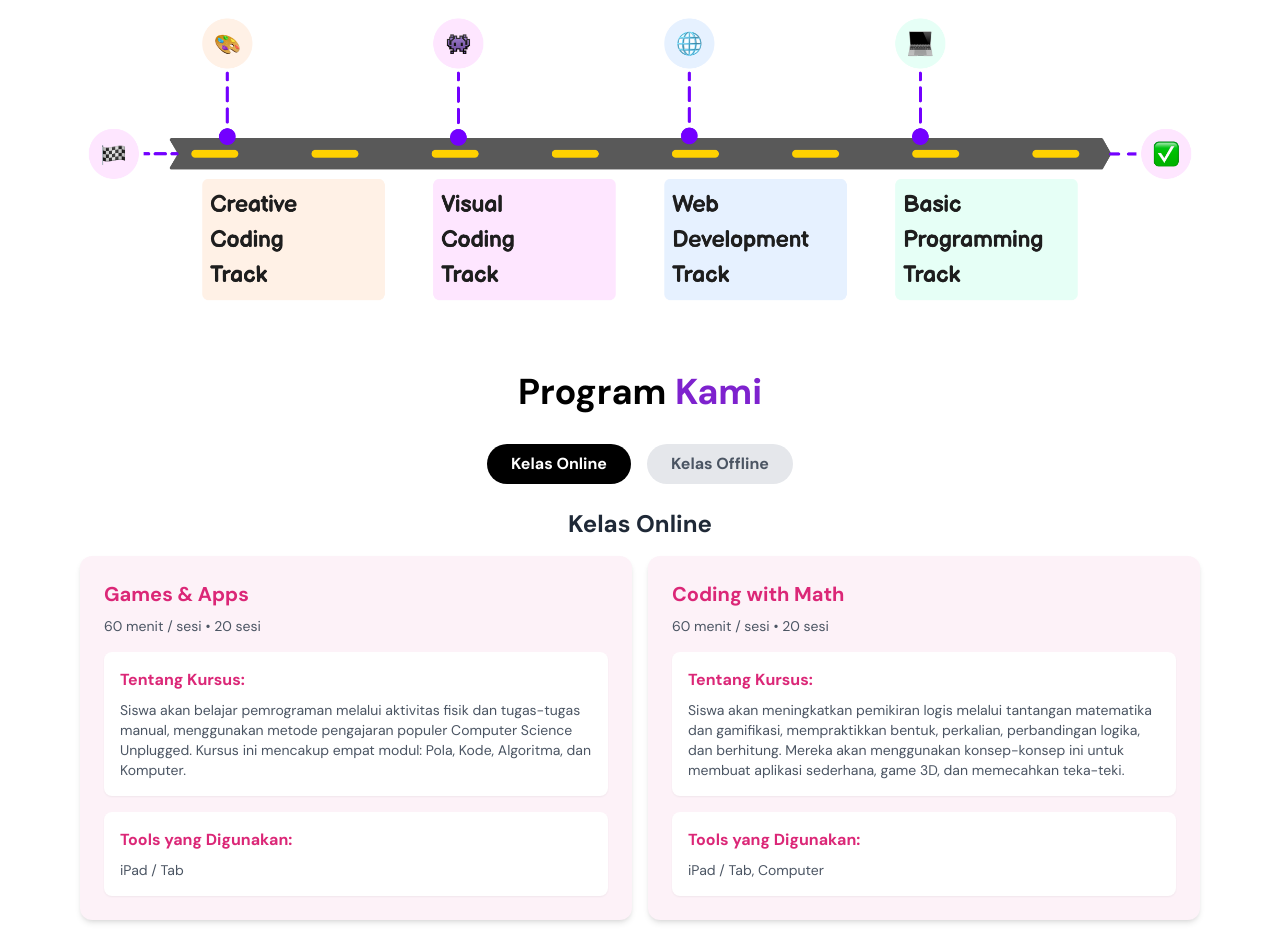
Repository: paskasiregar/ttccomweb
Page: /track/basic-programming
These files come from the project's save history. The page is drawn as it stood at one moment and after the next save; the edit follows.
The browser window is 1280 px wide. The pictures show the part of the page from y = 1743 to 2695 px (the page is 2695 px tall).
The project was rebuilt for these pictures with package versions that can differ from the ones it lists, and the page was loaded fresh each time. The framework's server and built-in components were replaced by stand-ins that run in the browser. Also part of the build but not shown: next.config.js, next.config.mjs.

Above is the page before, as saved 2024-11-16 23:20:39.

### src/app/layout.js
import "./globals.css";
import { DM_Sans } from "next/font/google";

const dmSans = DM_Sans({
  subsets: ["latin"],
  weight: ["400", "500", "700"], // Include only the weights you need
  variable: "--font-dm-sans", // Optional: CSS variable for global use
});

export const metadata = {
  title: "Tiny Tech Club",
  description: "Small techies, big dreams 🚀",
};

export default function RootLayout({ children }) {
  return (
    <html lang="en" className={dmSans.variable}>
      <body className="antialiased">{children}</body>
    </html>
  );
}

### src/app/template.js
import React from "react";

export default function TrackTemplate({ title, description, children }) {
  return (
    <div>
      {/* Hero Section */}
      <div className="relative h-screen w-full">
        <img
          src="https://images.unsplash.com/photo-1494783367193-149034c05e8f"
          alt="Background"
          className="absolute inset-0 w-full h-full object-cover filter blur-sm"
        />
        <div className="absolute inset-0 bg-black bg-opacity-50"></div>
        <div className="absolute inset-0 flex flex-col items-center justify-center">
          <h1 className="text-4xl text-white font-bold">{title}</h1>
          <p className="text-xl text-white mt-4">{description}</p>
        </div>
      </div>

      {/* Content Section */}
      <div className="max-w-7xl mx-auto px-4 py-8">{children}</div>
    </div>
  );
}

### src/app/track/[track]/page.js
"use client";
import { useParams } from "next/navigation";
import TrackTemplate from "../[track]";
import Image from "next/image";
import ljImage from "@/assets/lj.png";
import ProgramTabs from "@/components/programTabs";

export default function TrackPage() {
  const { track } = useParams();

  const trackDetails = {
    "creative-coding": {
      title: "Creative Coding Track",
      description:
        "Kenalkan coding ke anak-anak dengan aktivitas seru dan edukatif. Cocok banget buat usia 4-5 tahun untuk membangun kemampuan berpikir logis.",
      backgroundImage:
        "https://images.unsplash.com/photo-1544717305-2782549b5136", // Replace with a relevant Creative Coding image
    },
    "visual-coding": {
      title: "Visual Coding Track",
      description:
        "Belajar konsep pemrograman visual pakai ScratchJr. Cocok buat anak usia 6-7 tahun untuk bikin cerita dan proyek seru sambil belajar coding dasar.",
      backgroundImage:
        "https://images.unsplash.com/photo-1573164574393-b9b12c3ff9c6", // Replace with a relevant Visual Coding image
    },
    "web-development": {
      title: "Web Development Track",
      description:
        "Pelajari dasar-dasar pengembangan web pakai HTML, CSS, dan JavaScript. Cocok untuk anak usia 8-12 tahun yang mau bikin proyek mini web seru.",
      backgroundImage:
        "https://images.unsplash.com/photo-1522071820081-009f0129c71c", // Replace with a relevant Web Development image
    },
    "basic-programming": {
      title: "Basic Programming Track",
      description:
        "Belajar konsep pemrograman inti pakai Python dan JavaScript. Dirancang untuk usia 13-16 tahun yang pengen bikin aplikasi nyata dan mengasah kemampuan problem-solving.",
      backgroundImage:
        "https://images.unsplash.com/photo-1517433456452-f9633a875f6f", // Replace with a relevant Basic Programming image
    },
    // Add more tracks as needed
  };

  const trackData = trackDetails[track] || {
    title: "Track Tidak Ditemukan",
    description: "Track yang kamu cari nggak ada nih.",
    backgroundImage:
      "https://images.unsplash.com/photo-1506748686214-e9df14d4d9d0", // Default image for not found
  };

  return (
    <div className="mx-auto">
      {/* Back Button */}
      <div className="my-4 px-4 sm:px-8">
        <button
          className="secondary-button"
          onClick={() => (window.location.href = "/")}
        >
          &lt; Kembali
        </button>
      </div>

      {/* Track Template */}
      <section>
        <TrackTemplate
          title={trackData.title}
          description={trackData.description}
          backgroundImage={trackData.backgroundImage}
        />

        {/* Learning Journey Section */}
        <section className="w-full my-8 px-4 sm:px-8 max-w-container py-20">
          <div>
            <div className="flex flex-col md:flex-row items-center md:items-start md:justify-between">
              {/* Title */}
              <div className="max-w-lg md:w-1/2">
                <h1 className="text-6xl md:text-6xl font-bold mb-8">
                  Learning <span className="text-purple-700">Journey</span>
                </h1>
              </div>

              {/* Description */}
              <div className="mt-6 md:mt-0 md:w-1/2 mb-8">
                <p className="text-gray-600 text-base md:text-md">
                  Yuk, mulai perjalanan belajar yang seru dan inspiratif buat
                  anak-anak! Kami hadir untuk membantu anak-anak mengembangkan
                  kreativitas, berpikir logis, dan percaya diri. Dengan berbagai
                  track yang disesuaikan untuk setiap usia, pengalaman belajar
                  jadi menyenangkan dan berkesan.
                </p>
              </div>
            </div>

            {/* Image */}
            <div className="mt-6 md:mt-0 mb-8">
              <Image
                src={ljImage}
                alt="Perjalanan Belajar"
                width={1440} // Adjust width as needed
                height={1000} // Adjust height as needed
                className="rounded-lg"
              />
            </div>
          </div>
        </section>

        {/* Our Program Section */}
        <section className="w-full my-8 px-4 sm:px-8 max-w-container mb-8">
          <h2 className="text-center text-4xl font-bold mb-8">
            Program <span className="text-purple-700">Kami</span>
          </h2>
          <ProgramTabs />
        </section>
      </section>
    </div>
  );
}

### src/app/globals.css
@tailwind base;
@tailwind components;
@tailwind utilities;

@import url('https://fonts.googleapis.com/css2?family=DM+Sans:wght@400;500;700&display=swap');

:root {
  --font-dm-sans: "DM Sans", sans-serif;
}

@font-face {
  font-family: 'DM Sans';
  src: url('/fonts/DM-Sans.woff2') format('woff2'),
    url('/fonts/DM-Sans.woff') format('woff');
  font-weight: 400;
  font-style: normal;
}

body {
  font-family: 'DM Sans', sans-serif;
}

.dm-sans-custom {
  font-family: "DM Sans", sans-serif;
  font-optical-sizing: auto;
  font-weight: 400;
  font-style: normal;
}

body {
  font-family: 'DM Sans', Arial, Helvetica, sans-serif;
  margin: 0;
  padding: 0;
  box-sizing: border-box;
}

*,
*::before,
*::after {
  box-sizing: inherit;
}

/* Container class for centering content */
.max-w-container {
  max-width: 1440px;
  margin: 0 auto;
  padding: 0 16px;
  /* Optional padding for spacing on smaller screens */
}

### src/app/track/[track].js
import React from "react";

export default function TrackTemplate({ title, description, children }) {
  return (
    <div>
      {/* Hero Section */}
      <div className="relative h-screen w-full">
        <img
          src="https://images.unsplash.com/photo-1494783367193-149034c05e8f"
          alt="Background"
          className="absolute inset-0 w-full h-full object-cover filter blur-sm"
        />
        <div className="absolute inset-0 bg-black bg-opacity-50"></div>
        <div className="absolute inset-0 flex flex-col items-center justify-center">
          <h1 className="text-6xl text-white font-bold p-8">{title}</h1>
          <p className="text-xl text-white mt-4 p-8">{description}</p>
        </div>
      </div>

      {/* Content Section */}
      <div className="max-w-7xl mx-auto px-4 py-8">{children}</div>
    </div>
  );
}

### src/components/programTabs.jsx
import React, { useState } from "react";
import ClassType from "./ClassType";

function ProgramTabs() {
  const [activeTab, setActiveTab] = useState("online");

  const tabs = [
    { id: "online", label: "Kelas Online" },
    { id: "offline", label: "Kelas Offline" },
  ];

  const handleTabClick = (tabId) => setActiveTab(tabId);

  return (
    <div className="w-full">
      {/* Tabs */}
      <div className="flex justify-center space-x-4 mb-6">
        {tabs.map((tab) => (
          <button
            key={tab.id}
            className={`py-2 px-6 rounded-full font-semibold text-sm md:text-base ${
              activeTab === tab.id
                ? "bg-black text-white"
                : "bg-gray-200 text-gray-600"
            }`}
            onClick={() => handleTabClick(tab.id)}
          >
            {tab.label}
          </button>
        ))}
      </div>

      {/* Tab Content */}
      <div>
        {activeTab === "online" && (
          <div>
            <h3 className="text-center text-2xl font-bold text-gray-800 mb-4">
              Kelas Online
            </h3>
            <ClassType />
          </div>
        )}
        {activeTab === "offline" && (
          <div>
            <h3 className="text-center text-2xl font-bold text-gray-800 mb-4">
              Kelas Offline
            </h3>
            <ClassType />
          </div>
        )}
      </div>
    </div>
  );
}

export default ProgramTabs;

### src/components/classType.jsx
import ClassCard from "./classCard";

export default function ClassType() {
  return (
    <div className="grid grid-cols-1 md:grid-cols-2 gap-4 px-4 sm:px-8 max-w-container">
      <ClassCard
        title="Games & Apps"
        duration="60 menit"
        sessions="20 sesi"
        description="Siswa akan belajar pemrograman melalui aktivitas fisik dan tugas-tugas manual, menggunakan metode pengajaran populer Computer Science Unplugged. Kursus ini mencakup empat modul: Pola, Kode, Algoritma, dan Komputer."
        tools="iPad / Tab"
      />
      <ClassCard
        title="Coding with Math"
        duration="60 menit"
        sessions="20 sesi"
        description="Siswa akan meningkatkan pemikiran logis melalui tantangan matematika dan gamifikasi, mempraktikkan bentuk, perkalian, perbandingan logika, dan berhitung. Mereka akan menggunakan konsep-konsep ini untuk membuat aplikasi sederhana, game 3D, dan memecahkan teka-teki."
        tools="iPad / Tab, Computer"
      />
    </div>
  );
}

### src/components/classCard.jsx
import React from "react";
import PropTypes from "prop-types";

function ClassCard({ title, duration, sessions, description, tools }) {
  return (
    <div className="bg-pink-50 rounded-xl shadow-md p-6">
      {/* Title */}
      <h3 className="text-xl font-bold text-pink-600 mb-2">{title}</h3>

      {/* Duration and Sessions */}
      <p className="text-gray-600 text-sm mb-4">
        {duration} / sesi • {sessions}
      </p>

      {/* Description */}
      <div className="bg-white rounded-lg p-4 mb-4 shadow-sm">
        <h4 className="text-pink-600 font-semibold mb-2">Tentang Kursus:</h4>
        <p className="text-gray-600 text-sm">{description}</p>
      </div>

      {/* Tools */}
      <div className="bg-white rounded-lg p-4 shadow-sm">
        <h4 className="text-pink-600 font-semibold mb-2">
          Tools yang Digunakan:
        </h4>
        <p className="text-gray-600 text-sm">{tools}</p>
      </div>
    </div>
  );
}

ClassCard.propTypes = {
  title: PropTypes.string.isRequired,
  duration: PropTypes.string.isRequired,
  sessions: PropTypes.string.isRequired,
  description: PropTypes.string.isRequired,
  tools: PropTypes.string.isRequired,
};

export default ClassCard;

Loaded but not shown: tailwind.config.js (common file)

After the next save:
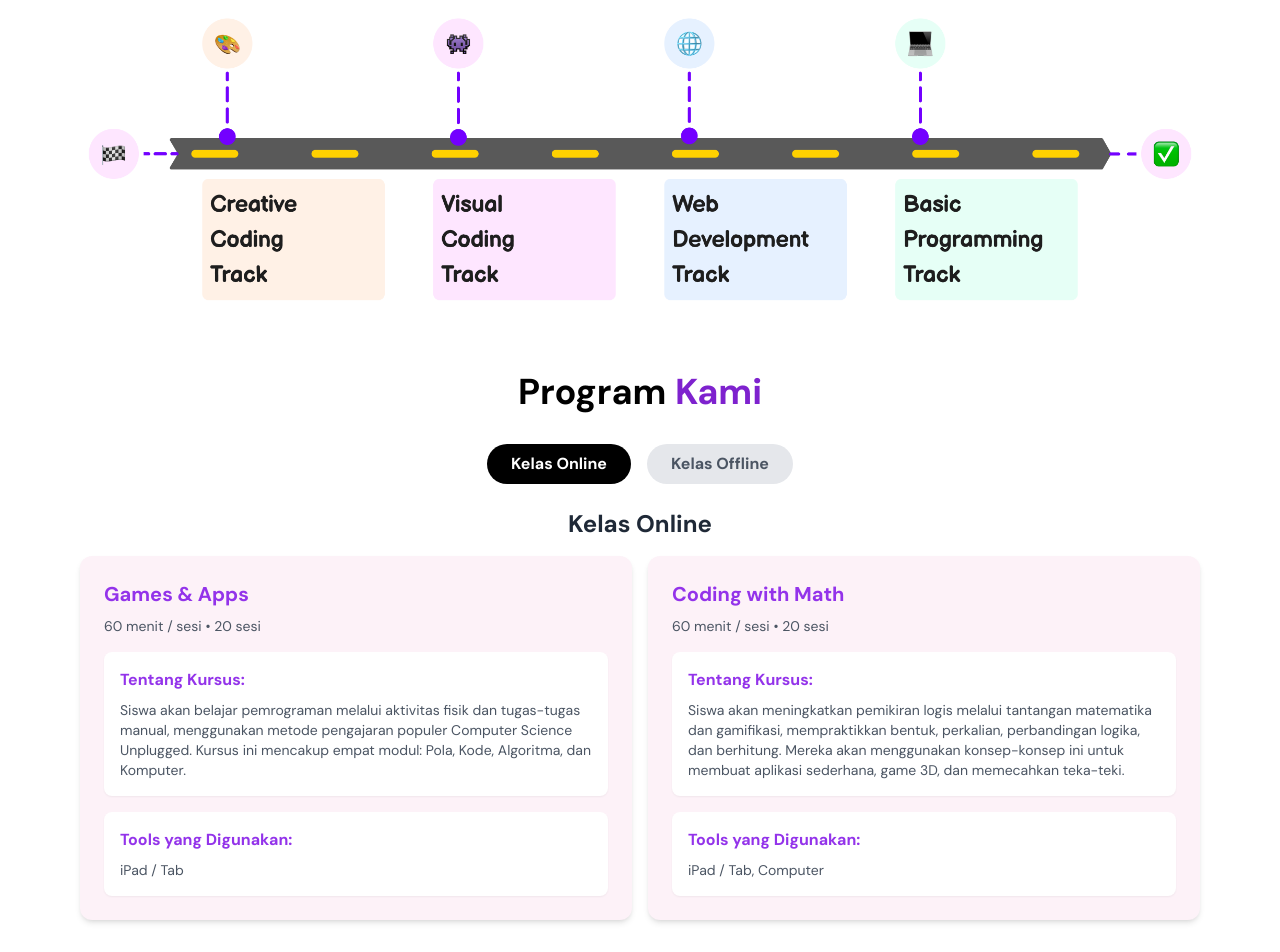
Saved 43 s later.
--- a/src/components/classCard.jsx
+++ b/src/components/classCard.jsx
@@ -5,7 +5,7 @@ function ClassCard({ title, duration, sessions, description, tools }) {
   return (
     <div className="bg-pink-50 rounded-xl shadow-md p-6">
       {/* Title */}
-      <h3 className="text-xl font-bold text-pink-600 mb-2">{title}</h3>
+      <h3 className="text-xl font-bold text-purple-600 mb-2">{title}</h3>
 
       {/* Duration and Sessions */}
       <p className="text-gray-600 text-sm mb-4">
@@ -14,13 +14,13 @@ function ClassCard({ title, duration, sessions, description, tools }) {
 
       {/* Description */}
       <div className="bg-white rounded-lg p-4 mb-4 shadow-sm">
-        <h4 className="text-pink-600 font-semibold mb-2">Tentang Kursus:</h4>
+        <h4 className="text-purple-600 font-semibold mb-2">Tentang Kursus:</h4>
         <p className="text-gray-600 text-sm">{description}</p>
       </div>
 
       {/* Tools */}
       <div className="bg-white rounded-lg p-4 shadow-sm">
-        <h4 className="text-pink-600 font-semibold mb-2">
+        <h4 className="text-purple-600 font-semibold mb-2">
           Tools yang Digunakan:
         </h4>
         <p className="text-gray-600 text-sm">{tools}</p>
